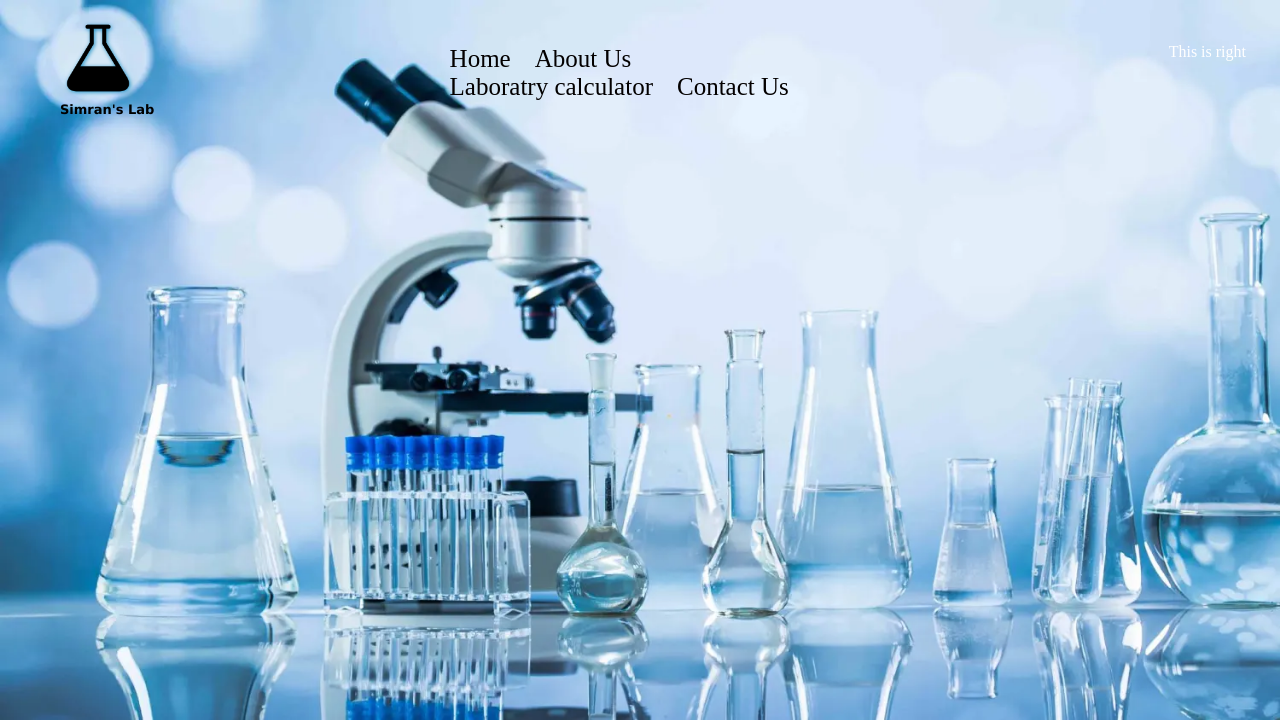
Repository: raisingh22/Simranlearning
Page: html css java/website/index.html
These files come from the project's save history. The page is drawn as it stood at one moment and after a run of saves; the edit follows.
The browser window is 1280 px wide. The pictures show the whole page.

Above is the page before, as saved 2024-01-01 18:47:46.

### html css java/website/index.html
<!DOCTYPE html>
<html lang="en">
<head>
    <meta charset="UTF-8">
    <meta name="viewport" content="width=device-width, initial-scale=1.0">
    <title>Simran's Lab</title>
</head>
<link rel="stylesheet" href="css/style.css">
<style>
    body {
        /* font-family: Impact, Haettenschweiler, 'Arial Narrow Bold', sans-serif; */
        color : white;
        padding: 0px;
        margin: 0px;
        background: url('img/bg2.webp');
        background-size:     cover;
        background-repeat:   no-repeat;
        }
    .left {
        display: inline-block;
        position: absolute;
        left: 60px;
        top: 20px;
        /* background-color: rgba(250, 235, 215, 0.943); */
        /* border: 2px solid #dad5d573; */
    }
    .left img{
        width: 76px;
        height: 76px;
        /* box-shadow: 10px 10px 20px rgb(167, 39, 39); */
        filter: drop-shadow(1px 1px 2px rgb(29, 144, 197));
        /* filter: invert(100%); */
    }
    .left div {
        font-family: 'Lucida Sans', 'Lucida Sans Regular', 'Lucida Grande', 'Lucida Sans Unicode', Geneva, Verdana, sans-serif;
        line-height: 19px;
        font-size: 13px;
        font-weight: bolder;
        color: black;
        text-align: center;
    }
    .mid{
        display: block;
        width: 36%;
        margin: 29px auto;
        /* border: 2px solid #427e56; */
        /* background-color: #b7b1b164; */
    }
    .right {
        position: absolute;
        right: 34px;
        top: 43px;
        display: inline-block;
        /* border: 2px solid #f058ed; */

    }
    .navbar{
        display: inline-block;
        /* padding: 0px 25px; */
    }
    .navbar li{
        display: inline-block;
        font-size: 25px;
        margin-right: 20px;
        /* border: 1px solid rgb(214, 161, 161); */
    }
    .navbar li a{
        color: rgb(3, 0, 0);
        text-decoration: none;
        /* padding: 5px 10px; */
        /* margin: ; */
        /* background-color: rgba(0, 0, 0, 0.607); */
    }
    .navbar li a:hover, .navbar li a.active{
        text-decoration: underline;
        color: grey;
    }

</style>
<body>
    <header class="header">
        <div class="left">
            <img src="img/logo2.png" alt="">
            <div>Simran's Lab</div>
        </div>
        <div class="mid">
            <ul class="navbar">
                <li><a href="#">Home</a></li>
                <li><a href="#">About Us</a></li>
                <li><a href="#">Laboratry calculator</a></li>
                <li><a href="#">Contact Us</a></li>
            </ul>

        </div>
        <div class="right">
            This is right

        </div>
    </header>

</body>
</html>

Loaded but not shown: html css java/website/css/style.css (no stored copy; drawn as an empty file)

After the next 2 saves:
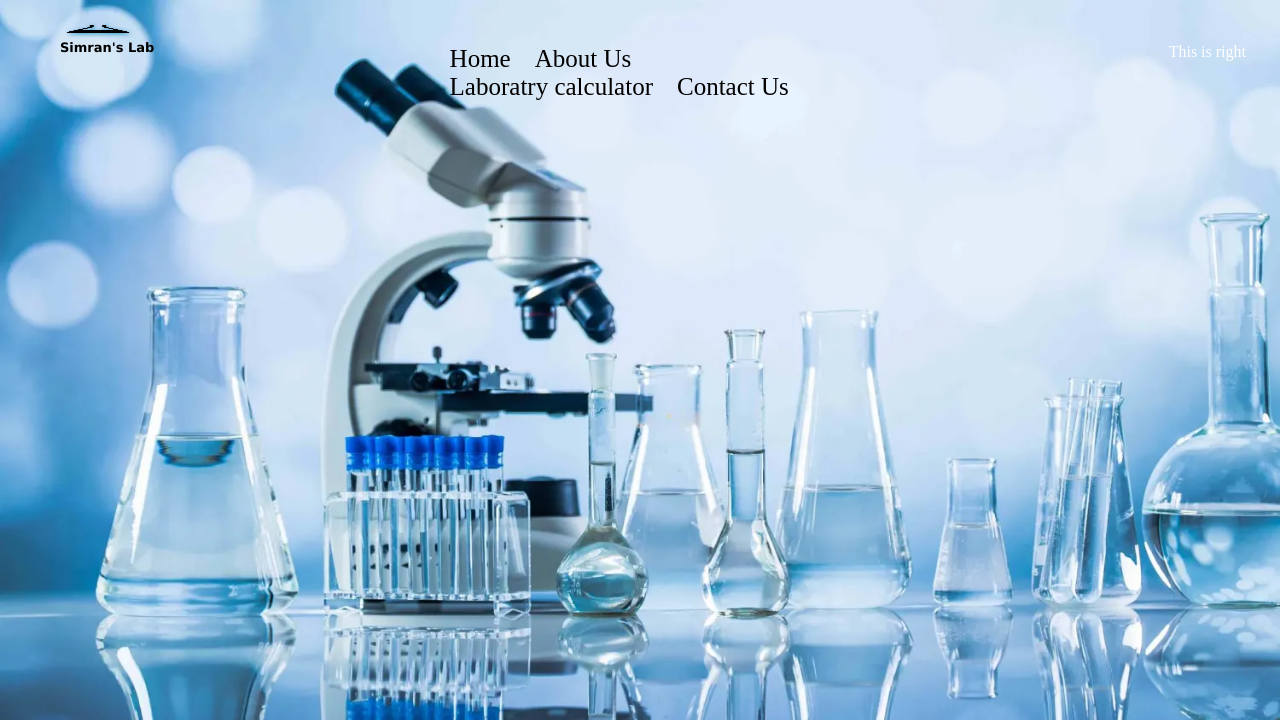
The 2 saves are shown as one change because they came seconds apart.
The last was saved 10 s later.
--- a/html css java/website/index.html
+++ b/html css java/website/index.html
@@ -26,7 +26,7 @@
     }
     .left img{
         width: 76px;
-        height: 76px;
+        height: 10px;
         /* box-shadow: 10px 10px 20px rgb(167, 39, 39); */
         filter: drop-shadow(1px 1px 2px rgb(29, 144, 197));
         /* filter: invert(100%); */

After the save that followed:
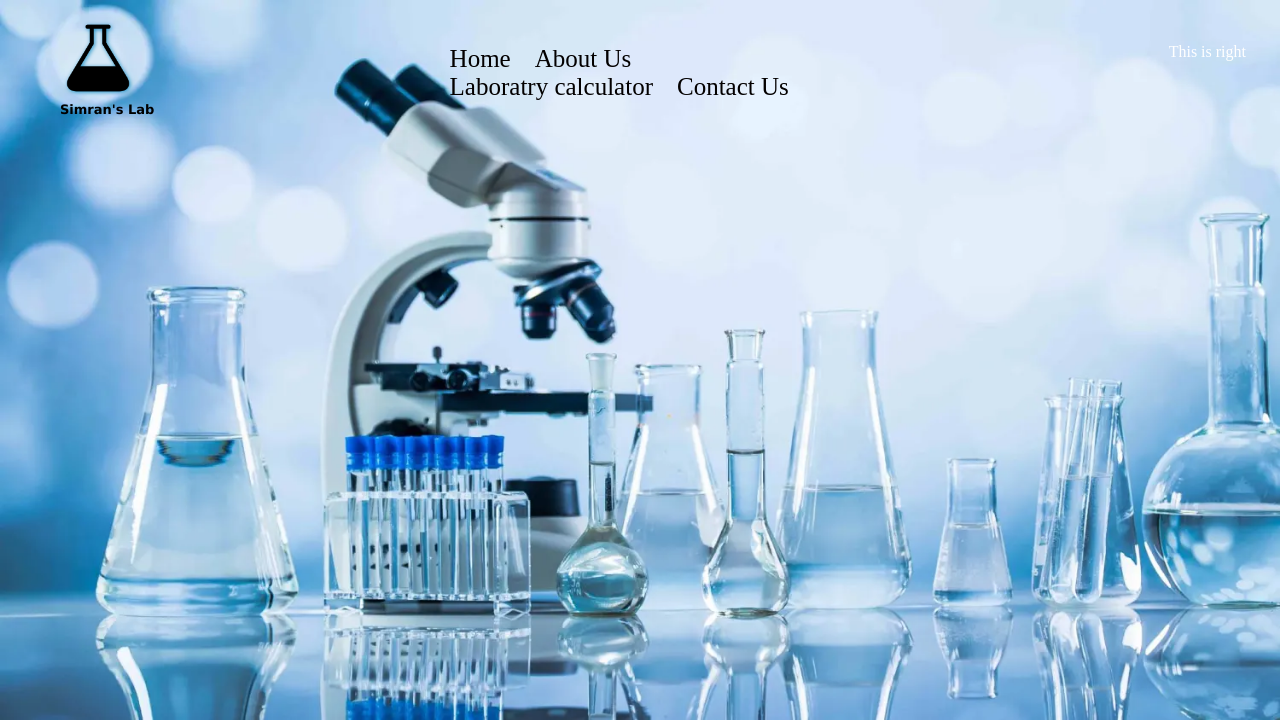
Saved 5 s later.
--- a/html css java/website/index.html
+++ b/html css java/website/index.html
@@ -26,7 +26,7 @@
     }
     .left img{
         width: 76px;
-        height: 10px;
+        height: px;
         /* box-shadow: 10px 10px 20px rgb(167, 39, 39); */
         filter: drop-shadow(1px 1px 2px rgb(29, 144, 197));
         /* filter: invert(100%); */
